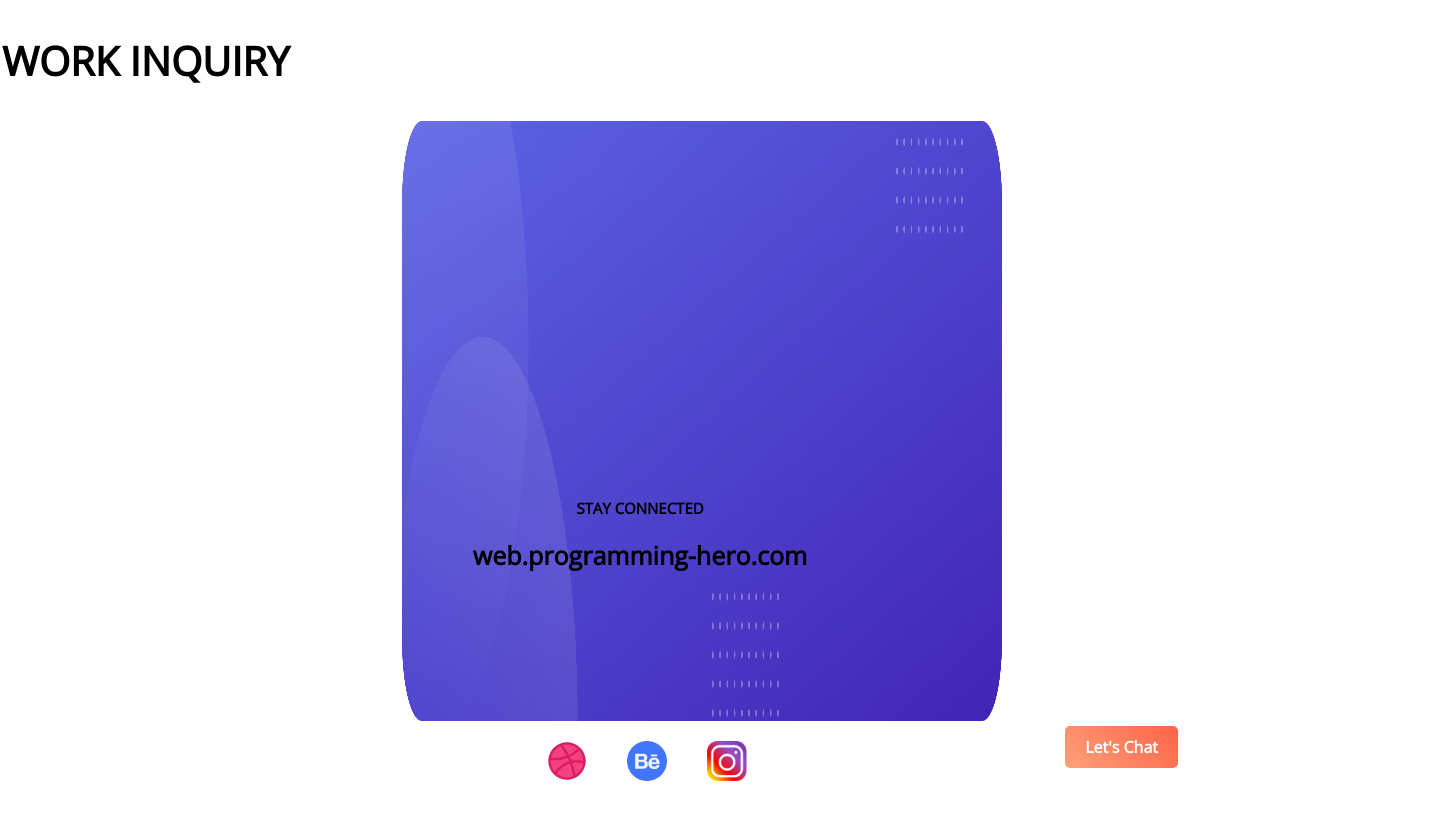
Repository: sabbircse3/personal-website
Page: index.html
An editor plug-in stored every save of this project. The page is shown before and after a run of saves, followed by the edit.
The browser window is 1280 px wide. The page is 1442 px wide, so the pictures cover 1442 px, including what lies to the right of the window. The pictures show the part of the page from y = 2386 to 3202 px (the page is 3202 px tall before and 3069 px after).

Above is the page before, as saved 2021-01-06 03:56:02.

After the next 6 saves:
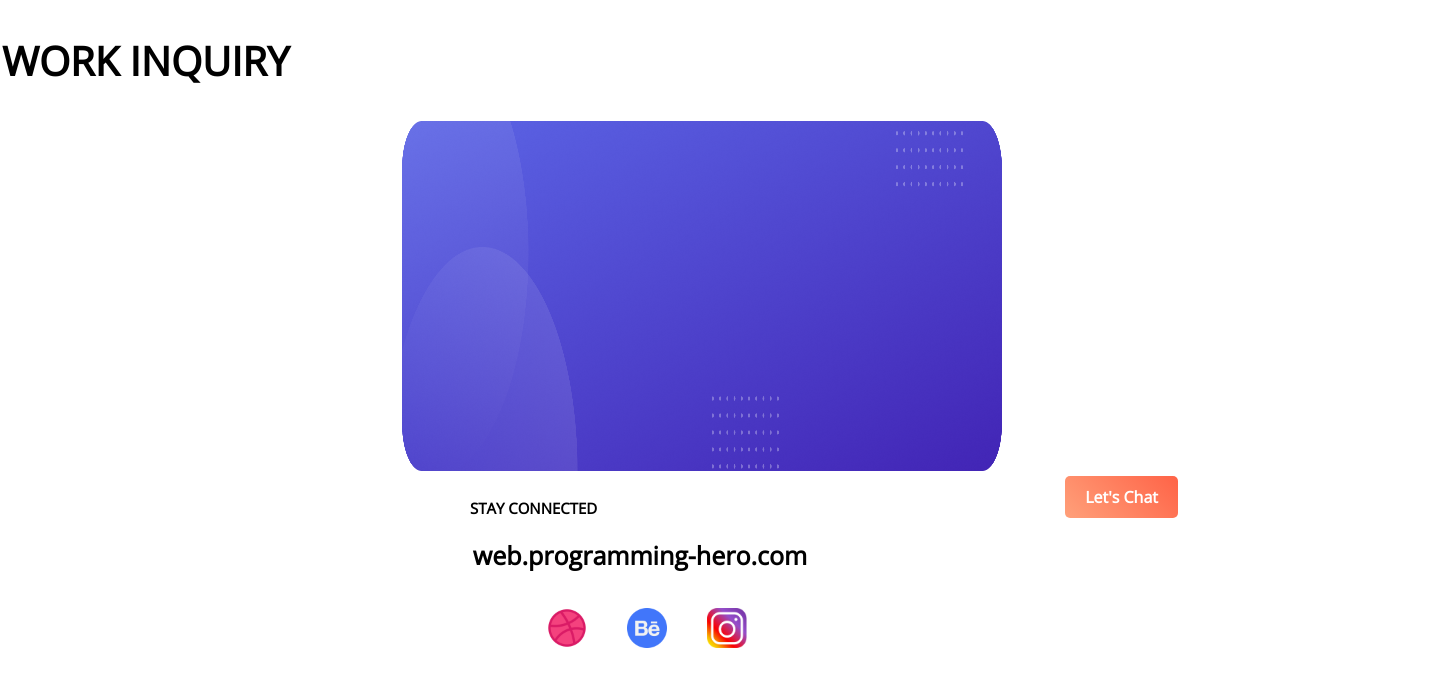
The 6 saves are shown as one change because they came seconds apart.
The last was saved 15 s later.
--- a/index.html
+++ b/index.html
@@ -101,7 +101,7 @@
             <h2>WORK INQUIRY </h2>
         </div>
         <div class="low-mid">
-            <img src="images/Group_33094_1.png" width="600px" height="600">
+            <img src="images/Group_33094_1.png" width="600px" height="350">
         </div>
         <div>
             <a class="chat-button" target="_blank" href="https://www.linkedin.com/company/programminghero/">Let's Chat</a>
